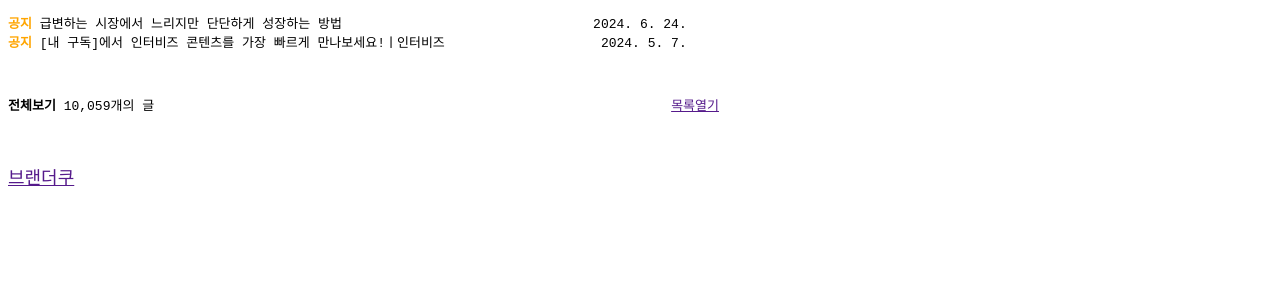
Repository: msgggg1/webPro
Page: webPro/src/main/webapp/html/days02/ex11.html
An editor plug-in stored every save of this project. The page is shown before and after the next save, followed by the edit.
The browser window is 1280 px wide. The pictures show the whole page.

Above is the page before, as saved 2025-04-22 14:46:08.

### webPro/src/main/webapp/html/days02/ex11.html
<!DOCTYPE html>
<html>
<head>
<meta charset="UTF-8">
<title>Insert title here</title>
<link rel="shortcut icon" type="image/x-icon" href="http://localhost/webPro/images/SiSt.ico">
<script src="https://ajax.googleapis.com/ajax/libs/jquery/3.7.1/jquery.min.js"></script>
<style>
	list{
		color: black;
		text-decoration: none;
	}
	list:hover{
		text-decoration: underline;
	}
</style>
</head>
<body>
<!-- https://blog.naver.com/PostView.naver?blogId=businessinsight&logNo=223837748542&proxyReferer=&noTrackingCode=true -->
<pre>
<font color="orange"><b>공지</b></font> 급변하는 시장에서 느리지만 단단하게 성장하는 방법                 	           2024. 6. 24. <!-- 줄 간격 맞추기 -->
<font color="orange"><b>공지</b></font> [내 구독]에서 인터비즈 콘텐츠를 가장 빠르게 만나보세요!ㅣ인터비즈 		    2024. 5. 7.
</pre>
<br>
<pre>
<b>전체보기</b> 10,059개의 글							     	     <a href="" id="list">목록열기</a>
</pre>
<br>
<br>
<font size="4" color="gray"><a href="">브랜더쿠</a></font>

</body>
</html>

After the next save:
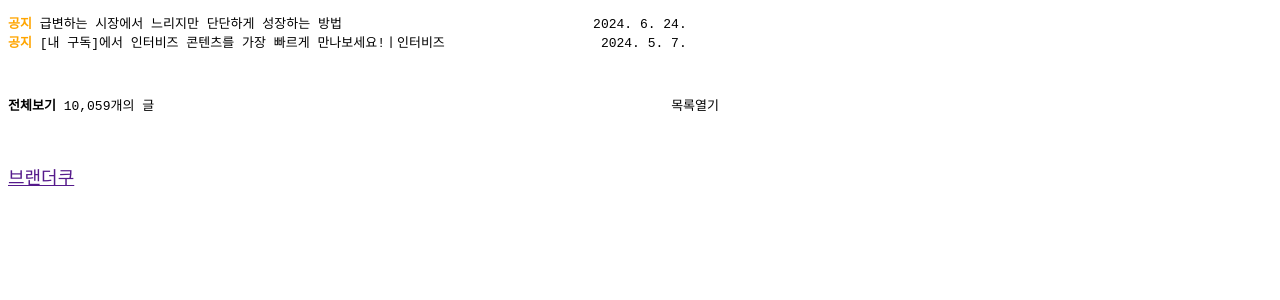
Saved 9 s later.
--- a/webPro/src/main/webapp/html/days02/ex11.html
+++ b/webPro/src/main/webapp/html/days02/ex11.html
@@ -6,11 +6,11 @@
 <link rel="shortcut icon" type="image/x-icon" href="http://localhost/webPro/images/SiSt.ico">
 <script src="https://ajax.googleapis.com/ajax/libs/jquery/3.7.1/jquery.min.js"></script>
 <style>
-	list{
+	#list{
 		color: black;
 		text-decoration: none;
 	}
-	list:hover{
+	#list:hover{
 		text-decoration: underline;
 	}
 </style>
